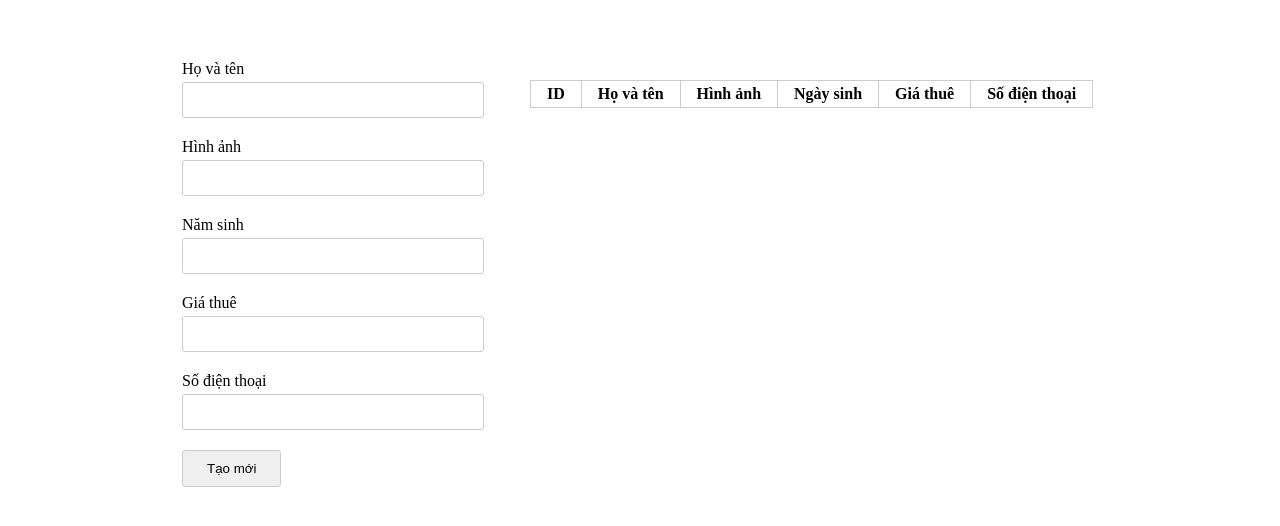
Repository: AnhTuan191298/sent-file-hoang
Page: js_kol-check/index.html
The author's editor kept a copy of each file at every save. The page is drawn from the files as they stood at one save, then again after the next save.
The browser window is 1280 px wide. The pictures show the whole page.

Above is the page before, as saved 2021-02-04 22:07:29.

After the next save:
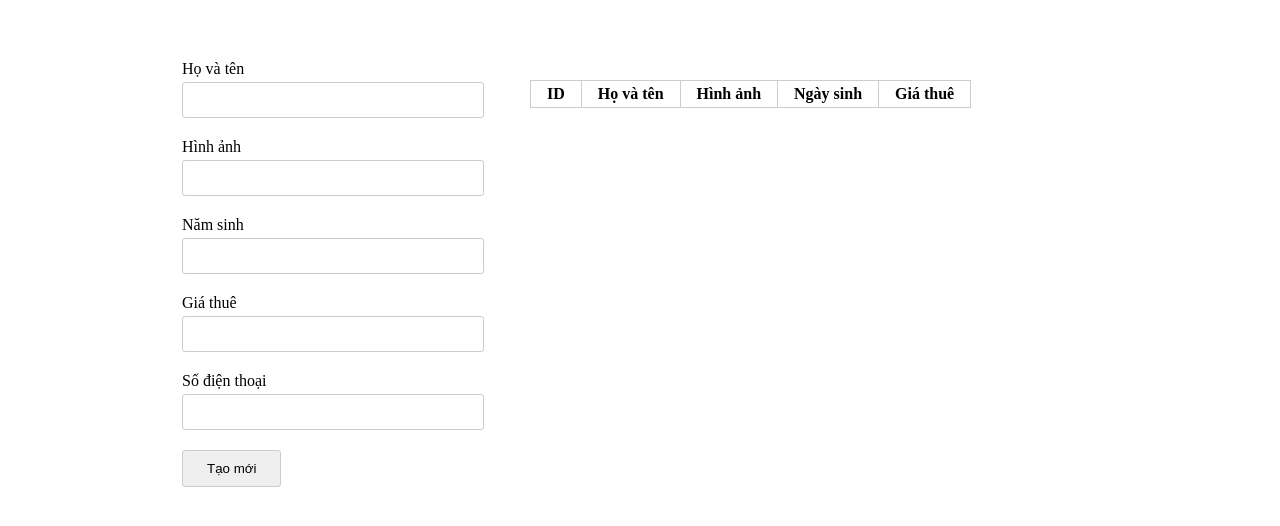
Saved 11 s later.
--- a/js_kol-check/index.html
+++ b/js_kol-check/index.html
@@ -167,7 +167,6 @@
                         <th>Hình ảnh</th>
                         <th>Ngày sinh</th>
                         <th>Giá thuê</th>
-                        <th>Số điện thoại</th>
                     </tr>
                 </thead>
                 <tbody id="kol-list">

After the save that followed:
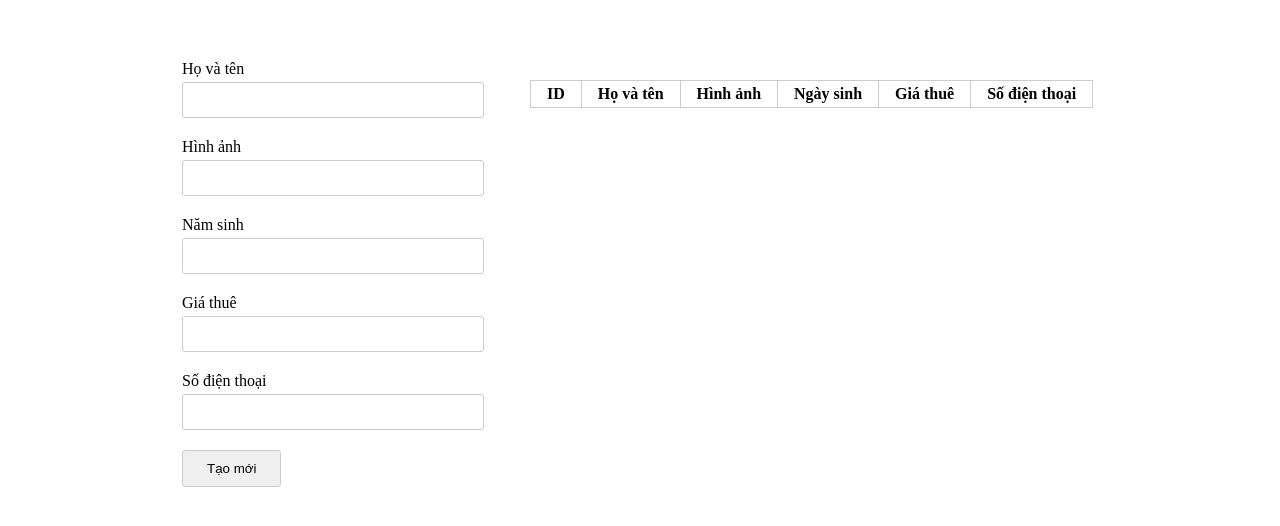
Saved 4 s later.
--- a/js_kol-check/index.html
+++ b/js_kol-check/index.html
@@ -167,6 +167,7 @@
                         <th>Hình ảnh</th>
                         <th>Ngày sinh</th>
                         <th>Giá thuê</th>
+                        <th>Số điện thoại</th>
                     </tr>
                 </thead>
                 <tbody id="kol-list">
